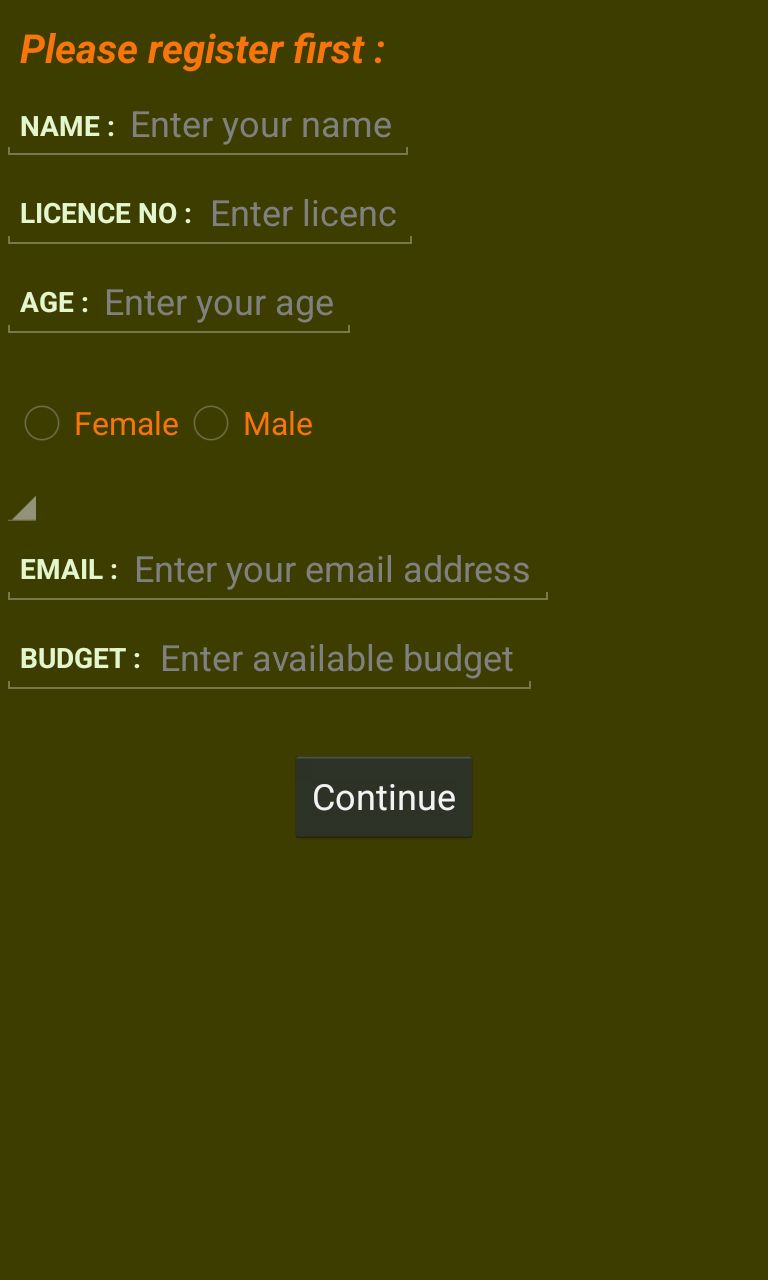
Repository: Adammdit/DT2283GUI
Layout: GunSmoke/res/layout/activity_details_form.xml
These files come from the project's save history. The layout is drawn as it stood at one moment and after the next save; the edit follows.
It is drawn on a 768 x 1280 px phone screen (xhdpi) without system bars, with theme android:Theme.Holo; the app's code is not run.

Above is the layout before, as saved 2014-11-09 18:28:23.

### GunSmoke/res/layout/activity_details_form.xml
<LinearLayout xmlns:android="http://schemas.android.com/apk/res/android"
    android:layout_width="fill_parent"
    android:background="@color/formBackground"
    android:layout_height="fill_parent">



    <!-- Allows to scrool in vertical possition -->
    <ScrollView
    	android:layout_width="fill_parent"
    	android:layout_height="fill_parent"
    	>

    	<LinearLayout
    	    android:layout_width="fill_parent"
    	    android:layout_height="0dp"
    	    android:orientation="vertical" >

    		<FrameLayout
	    		android:id="@+id/name"
	    		android:layout_width="fill_parent"
	    		android:layout_height="fill_parent"
	    		android:layout_marginBottom="5dp" >
			    <EditText
			        android:id="@+id/editName"
			        android:layout_marginTop="42dp"
				    android:layout_width="wrap_content"
				    android:layout_height="wrap_content"
				    android:paddingLeft="65dp"
				    android:inputType="textPersonName"
				    android:hint="@string/nameHint" />
		    	<TextView
		    	    android:layout_marginTop="22dp"
			        android:layout_width="wrap_content"
			        android:layout_height="wrap_content"
			        android:layout_gravity="center_vertical"
		    		android:textStyle="bold"
		    		android:textColor="#E3F6CE"
			        android:paddingLeft="10dp"
			        android:text="@string/nameLabel" />

		    	<TextView
		    	    android:id="@+id/info"
		    	    android:layout_marginTop="10dp"
		    	    android:layout_width="wrap_content"
		    	    android:layout_height="wrap_content"
		    	    android:paddingLeft="10dp"
		    	    android:textColor="#F7750A"
		    	    android:textStyle="bold|italic"
		    	    android:textSize="20sp"
		    	    android:text="@string/formInfo"
		    	    android:textAppearance="?android:attr/textAppearanceLarge" />

			</FrameLayout>

    		<FrameLayout
	    		android:id="@+id/licence"
	    		android:layout_width="fill_parent"
	    		android:layout_height="fill_parent"
	    		android:layout_marginBottom="5dp" >
		    	<TextView
			        android:layout_width="wrap_content"
			        android:layout_height="wrap_content"
			        android:layout_gravity="center_vertical"
		    		android:textStyle="bold"
		    		android:textColor="#E3F6CE"
			        android:paddingLeft="10dp"
			        android:text="@string/licenceLabel" />

		    	<EditText
		    	    android:id="@+id/editLicence"
		    	    android:layout_width="wrap_content"
		    	    android:layout_height="wrap_content"
		    	    android:ems="10"
		    	    android:hint="@string/licenceHint"
		    	    android:inputType="textPersonName"
		    	    android:paddingLeft="105dp" />

			</FrameLayout>

		    <FrameLayout
			    android:id="@+id/age"
			    android:layout_width="match_parent"
			    android:layout_height="wrap_content"
			    android:layout_marginBottom="5dp" >
			    <EditText
			        android:id="@+id/editAge"
				    android:layout_width="wrap_content"
				    android:layout_height="wrap_content"
				    android:layout_marginBottom="15dp"
				    android:paddingLeft="52dp"
				    android:inputType="number"
				    android:hint="@string/ageHint" />
			    <TextView
			        android:layout_width="wrap_content"
			        android:layout_height="wrap_content"
			        android:layout_gravity="center_vertical"
		    		android:textStyle="bold"
		    		android:textColor="#E3F6CE"
			        android:paddingLeft="10dp"
			        android:layout_marginTop="-8dp"
			        android:text="@string/ageLabel" />
		    </FrameLayout>

			<RadioGroup
			    android:id="@+id/gender"
			    android:layout_width="wrap_content"
			    android:layout_height="wrap_content"
			    android:orientation="horizontal"
			    android:padding="5dp" >
			    <RadioButton
				    android:id="@+id/female"
				    android:text="@string/female"
				    android:textColor="#F7750A" />
				<RadioButton
				    android:id="@+id/male"
				    android:text="@string/male"
				    android:textColor="#F7750A" />
			</RadioGroup>

			<Spinner
			    android:id="@+id/jobSpinner"
			    android:layout_width="wrap_content"
			    android:layout_height="wrap_content"
			    android:textColor="#E3F6CE"
			    android:hint="@string/nameHint" />

			<FrameLayout
			    android:id="@+id/email"
			    android:layout_width="wrap_content"
			    android:layout_height="wrap_content"
			    android:layout_marginBottom="5dp" >
				<EditText
				    android:id="@+id/editEmail"
				    android:layout_width="wrap_content"
				    android:layout_height="wrap_content"
				    android:paddingLeft="67dp"
				    android:inputType="textEmailAddress"
				    android:hint="@string/emailHint" />
				<TextView
			        android:layout_width="wrap_content"
			        android:layout_height="wrap_content"
			        android:layout_gravity="center_vertical"
		    		android:textStyle="bold"
		    		android:textColor="#E3F6CE"
			        android:paddingLeft="10dp"
			        android:text="@string/emailLabel" />
			</FrameLayout>

			<FrameLayout
			    android:id="@+id/budget"
			    android:layout_width="match_parent"
			    android:layout_height="wrap_content"
			    android:layout_marginBottom="55dp">
				<EditText
				    android:id="@+id/editBudget"
				    android:layout_width="wrap_content"
				    android:layout_height="wrap_content"
				    android:paddingLeft="80dp"
				    android:inputType="numberDecimal"
				    android:hint="@string/budgetHint" />
				<TextView
			        android:layout_width="wrap_content"
			        android:layout_height="wrap_content"
			        android:layout_gravity="center_vertical"
		    		android:textStyle="bold"
		    		android:textColor="#E3F6CE"
			        android:paddingLeft="10dp"
			        android:text="@string/budgetLabel" />

			</FrameLayout>

			<Button
				    android:id="@+id/continueButton"
				    android:layout_width="wrap_content"
				    android:layout_height="wrap_content"
				    android:text="@string/buttonLabel"
				    android:layout_gravity="center_horizontal"
				    android:layout_marginTop="-30dp"  />

		</LinearLayout>
	</ScrollView>
</LinearLayout>

### GunSmoke/res/values/colors.xml
<?xml version="1.0" encoding="utf-8"?>
<resources>
	<color name="khaki">#663300</color>
	<color name="price">#E5FFCC</color>
	<color name="name">#CC6600</color>
	<color name="total">#0080FF</color>
	<color name="formBackground">#3D3D00</color>
</resources>

### GunSmoke/res/values/strings.xml
<?xml version="1.0" encoding="utf-8"?>
<resources>

    <string name="app_name">GunSmoke</string>
    <string name="title">Details form:</string>
    <string name="mainLabel">Main list</string>
    <string name="nameLabel">NAME : </string>
    <string name="licenceLabel">LICENCE NO : </string>
    <string name="ageLabel">AGE : </string>
    <string name="emailLabel">EMAIL : </string>
    <string name="budgetLabel">BUDGET : </string>
    <string name="female">Female</string>
    <string name="male">Male</string>
    <string name="buttonLabel">Continue</string>
    <string name="title_activity_splash_screen">SplashScreen</string>
    <string name="splash_info">All prices excludes vat = 21%</string>
    <string name="title_activity_details_form">DetailsForm</string>
    <string name="budgetHint">Enter available budget</string>
    <string name="emailHint">Enter your email address</string>
    <string name="ageHint">Enter your age</string>
    <string name="formInfo">Please register first :</string>
    <string name="nameHint">Enter your name</string>
    <string name="title_activity_receipt">Receipt</string>
    <string name="buyerDetails">Buyer details:</string>
    <string name="licenceHint">Enter licence no</string>

    <!-- List of job titles -->
    <string-array name="jobTitles">
        <item>Select your job</item>
        <item>Accountancy, banking and finance</item>
        <item>Animal and plant resources</item>
        <item>Advertising, marketing and PR</item>
        <item>Business, consulting and management</item>
        <item>Charity and voluntary work</item>
        <item>Creative arts and design</item>
        <item>Education</item>
        <item>Engineering, manufacturing and production</item>
        <item>Healthcare</item>
        <item>Human resources and employment</item>
        <item>Information services</item>
        <item>Information technology</item>
        <item>Insurance and pensions</item>
        <item>Law</item>
        <item>Leisure, sport and tourism</item>
        <item>Media and broadcasting</item>
        <item>Performing arts</item>
        <item>Publishing and journalism</item>
        <item>Scientific services</item>
        <item>Transport, logistics and distribution</item>
    </string-array>
    <!-- Melee weapones -->
    <string-array name="melee">
        <item>Knife</item>
        <item>Machete</item>
        <item>Maltador</item>
        <item>Galstead</item>
        <item>Throwing knife</item>
        <item>Ubuntu</item>
        <item>Windows7</item>
        <item>Max OS X</item>
        <item>Linux</item>
        <item>OS/2</item>
    </string-array>



</resources>

After the next save:
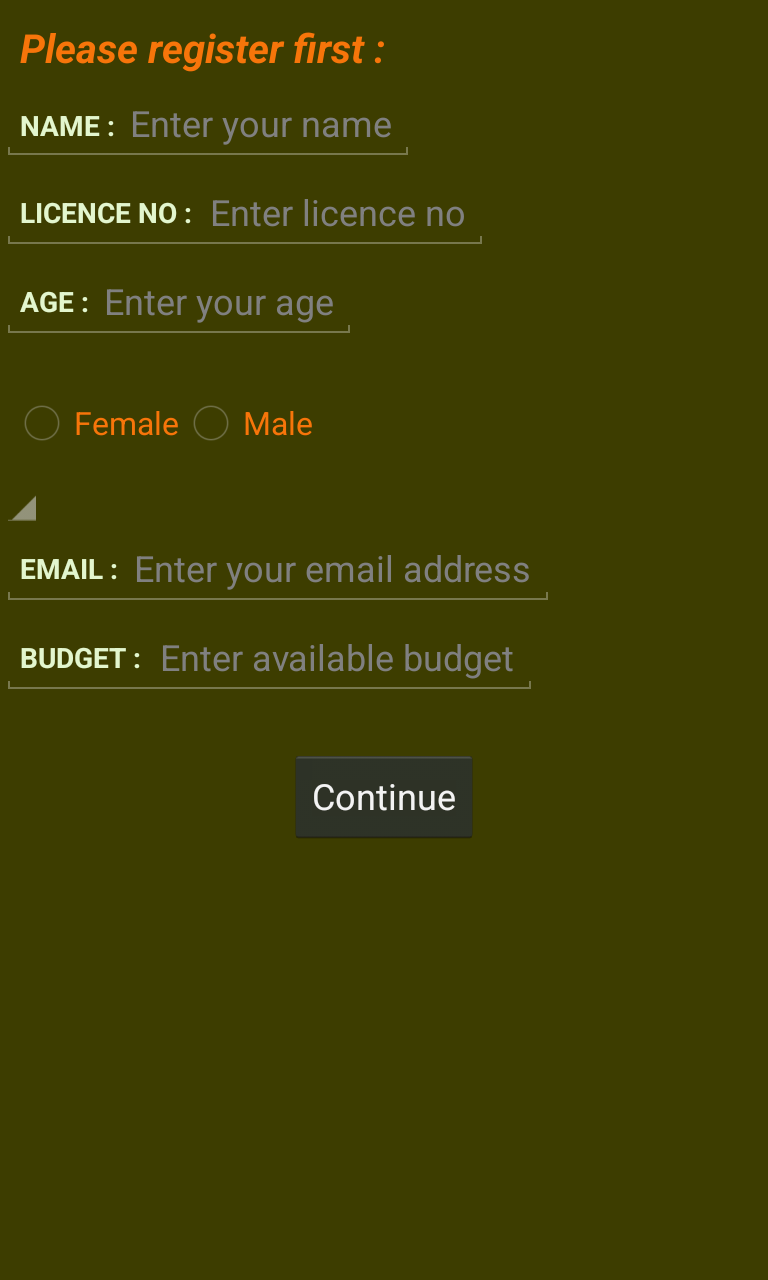
Saved 2 min 23 s later.
--- a/GunSmoke/res/layout/activity_details_form.xml
+++ b/GunSmoke/res/layout/activity_details_form.xml
@@ -71,7 +71,6 @@
 		    	    android:id="@+id/editLicence"
 		    	    android:layout_width="wrap_content"
 		    	    android:layout_height="wrap_content"
-		    	    android:ems="10"
 		    	    android:hint="@string/licenceHint"
 		    	    android:inputType="textPersonName"
 		    	    android:paddingLeft="105dp" />
